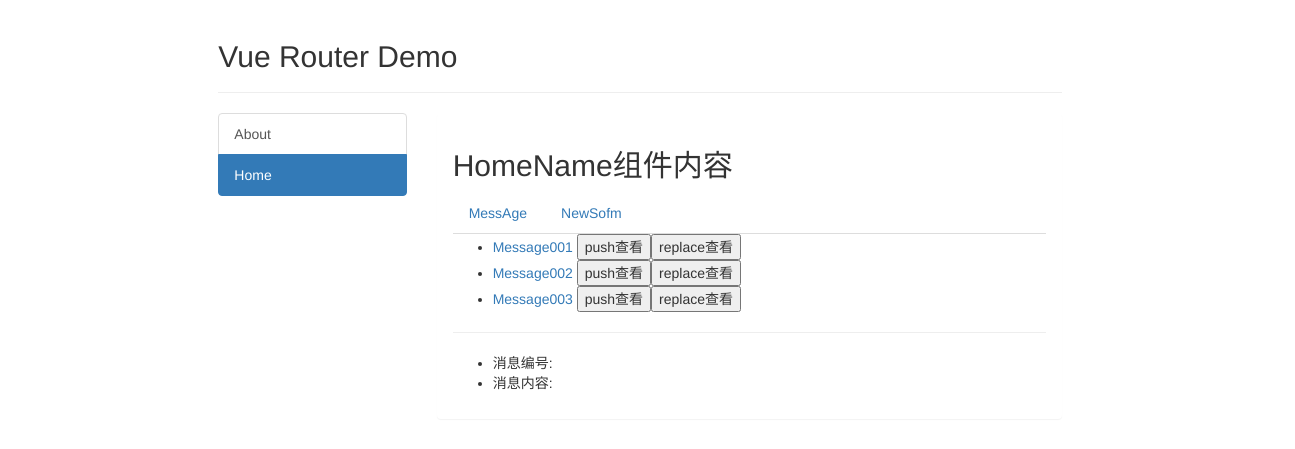
Repository: ldqml/vue.test
Page: /#/home/message/querymessage (app in router/)
An editor plug-in stored every save of this project. The page is shown before and after the next save, followed by the edit.
The browser window is 1280 px wide. The page is 1295 px wide, so the pictures cover 1295 px, including what lies to the right of the window. The pictures show the whole page.
The project was rebuilt for these pictures with package versions that can differ from the ones it lists, and the page was loaded fresh each time. Also part of the build but not shown: router/vue.config.js, router/src/components/AboutName.vue, router/src/components/NewSofm.vue.

Above is the page before, as saved 2022-09-02 13:24:12.

### router/public/index.html
<!DOCTYPE html>
<html lang="">
  <head>
    <meta charset="utf-8">
    <meta http-equiv="X-UA-Compatible" content="IE=edge">
    <meta name="viewport" content="width=device-width,initial-scale=1.0">
    <link rel="icon" href="<%= BASE_URL %>favicon.ico">
    <link rel="stylesheet" href="<%= BASE_URL %>bootstrap.min.css">
    <title><%= htmlWebpackPlugin.options.title %></title>
  </head>
  <body>
    <noscript>
      <strong>We're sorry but <%= htmlWebpackPlugin.options.title %> doesn't work properly without JavaScript enabled. Please enable it to continue.</strong>
    </noscript>
    <div id="app"></div>
    <!-- built files will be auto injected -->
  </body>
</html>

### router/src/main.js
import Vue from 'vue'
import App from './App.vue'
import VueRouter from 'vue-router'
import router from './router'

Vue.config.productionTip = false
Vue.use(VueRouter)

new Vue({
  el:'#app',
  render: h => h(App),
  router: router
})

### router/src/App.vue
<template>
   <div>
    <div class="row">
      <div class="col-xs-offset-2 col-xs-8">
        <div class="page-header">
          <h2>Vue Router Demo</h2>
        </div>
      </div>
    </div>
    <div class="row">
      <div class="col-xs-2 col-xs-offset-2">
        <div class="list-group">
          <router-link replace class="list-group-item" active-class="active" to="/about">About</router-link>
          <router-link replace class="list-group-item" active-class="active" to="/home">Home</router-link>
        </div>
      </div>
      <div class="col-xs-6">
        <div class="panel">
          <div class="panel-body">
            <router-view></router-view>
          </div>
        </div>
      </div>
    </div>
   </div>
</template>

<script>

export default {
  name: 'App'
}
</script>

<style>

</style>

### router/src/router/index.js
import VueRouter from "vue-router"
import AboutName from '../components/AboutName'
import HomeName from '../components/HomeName'
import MessAge from '../components/MessAge'
import NewSofm from '../components/NewSofm'
import QueryMessage from '../components/QueryMessage'

export default new VueRouter({
    routes:[
        {path:'/about',
        component:AboutName
        },
        {path:'/home',
        component:HomeName,
        children:[
            {path:'message',
             component:MessAge,
             children:[
                {path:'querymessage',
                component:QueryMessage,
                name:'querymessage',
                props({query}){
                    return {id:query.id,title:query.title}
                }}
             ]
            },
            {path:'newsofm',
             component:NewSofm,
            }
        ]
        },
    ]
})

### router/src/components/HomeName.vue
<template>
  <div>
    <h2>HomeName组件内容</h2>
    <div>
      <ul class="nav nav-tabs">
      <li>
        <router-link active-class="active" to="/home/message">MessAge</router-link>
      </li>
      <li>
        <router-link active-class="active" to="/home/newsofm">NewSofm</router-link>
      </li>
    </ul>
    <router-view></router-view>
    </div>
  </div>
</template>

<script>
export default {
    name: "HomeName",
}
</script>

<style>

</style>

### router/src/components/MessAge.vue
<template>
  <div>
    <ul>
    <li v-for=" n in querylist" :key="n.id">
        <router-link :to="{
            path:'/home/message/querymessage',
            query:{
                id:n.id,
                title:n.title
            }
        }">
        {{n.title}}
        </router-link>
        <button @click="pushshow(n)">push查看</button>
        <button @click="replaceshow(n)">replace查看</button>
    </li>
  </ul>
  <hr>
  <router-view></router-view>
  </div>
</template>

<script>
export default {
    name:'MessAge',
    data(){
        return{
            querylist:[
                {id:'001',title:'Message001'},
                {id:'002',title:'Message002'},
                {id:'003',title:'Message003'}
            ]
        }
    },
    methods:{
        pushshow(n){
            this.$router.push({
                name:'querymessage',
                query:{
                    id:n.id,
                    title:n.title
                }
            })
        },
        replaceshow(n){
            this.$router.replace({
                name:'querymessage',
                query:{
                    id:n.id,
                    title:n.title
                }
            })
        }
    }
}
</script>

<style>

</style>

### router/src/components/QueryMessage.vue
<template>
   <ul>
    <li>消息编号:{{id}}</li>
    <li>消息内容:{{title}}</li>
   </ul>
</template>

<script>
export default {
    name:'QueryMessage',
    props:['id','title']
}
</script>

<style>

</style>

Loaded but not shown: router/public/bootstrap.min.css (library)

After the next save:
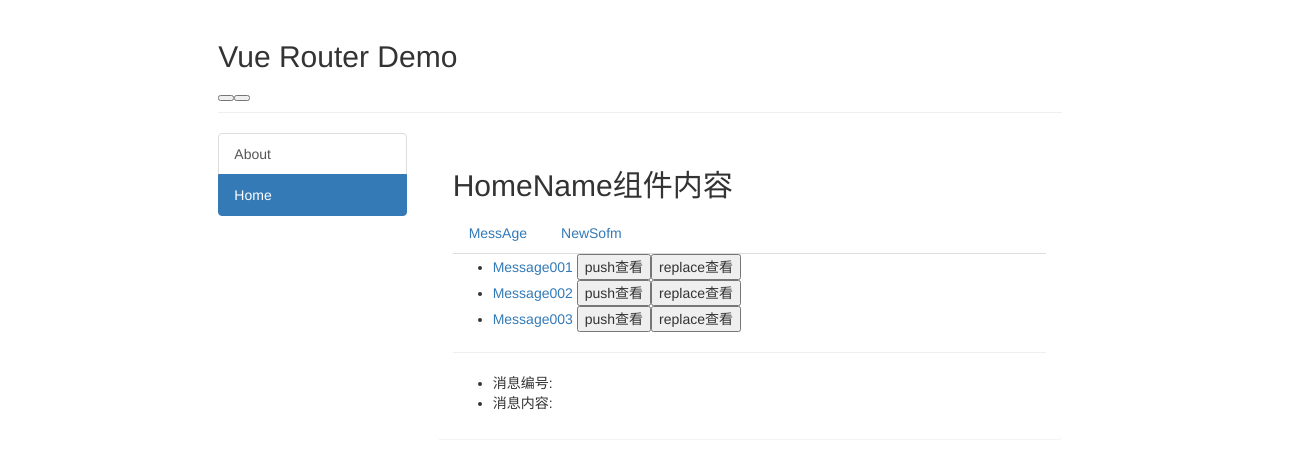
Saved 2 min 45 s later.
--- a/router/src/App.vue
+++ b/router/src/App.vue
@@ -4,6 +4,8 @@
       <div class="col-xs-offset-2 col-xs-8">
         <div class="page-header">
           <h2>Vue Router Demo</h2>
+          <button @click="forwardshow"></button>
+          <button @click="backshow"></button>
         </div>
       </div>
     </div>
